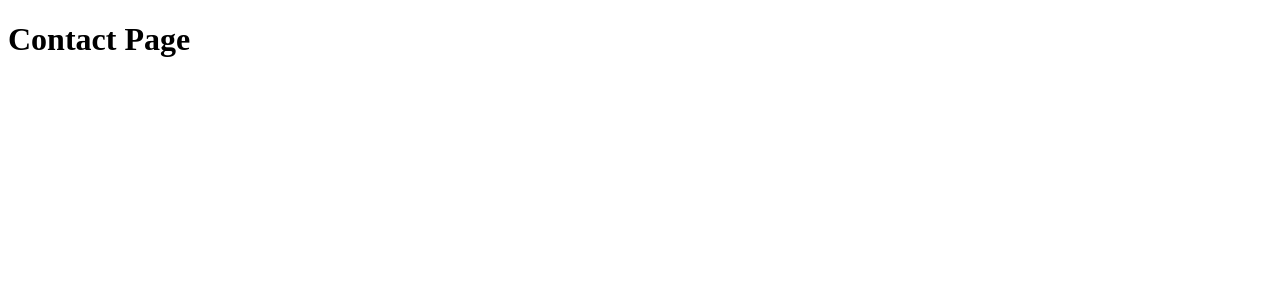
Repository: vancong171001/do-an-git
Page: category.html
These files come from the project's save history. The page is drawn as it stood at one moment and after the next save; the edit follows.
The browser window is 1280 px wide. The pictures show the whole page.

Above is the page before, as saved 2025-03-05 14:42:28.

After the next save:
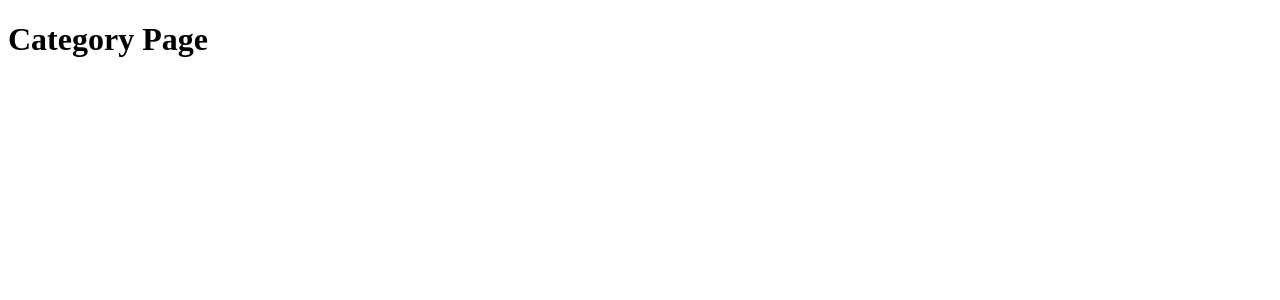
Saved 5 s later.
--- a/category.html
+++ b/category.html
@@ -7,6 +7,6 @@
     <link rel="stylesheet" href="./assets/css/style.css" />
   </head>
   <body>
-    <h1>Contact Page</h1>
+    <h1>Category Page</h1>
   </body>
 </html>
